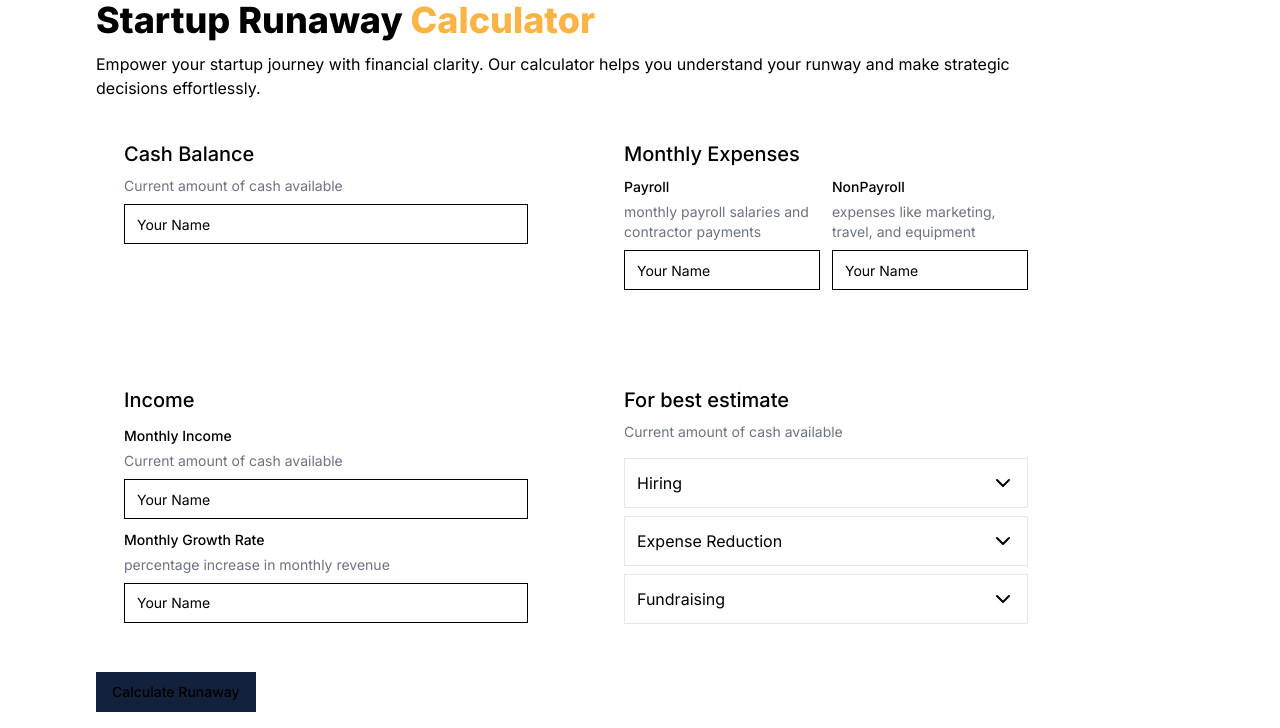
Repository: wossenF/startup-runaway-calculator
Page: /
The author's editor kept a copy of each file at every save. The page is drawn from the files as they stood at one save, then again after the next save.
The browser window is 1280 px wide. The pictures show the whole page.
The project was rebuilt for these pictures with package versions that can differ from the ones it lists, and the page was loaded fresh each time. The framework's server and built-in components were replaced by stand-ins that run in the browser. Also part of the build but not shown: next.config.mjs.

Above is the page before, as saved 2024-04-08 13:51:22.

After the next save:
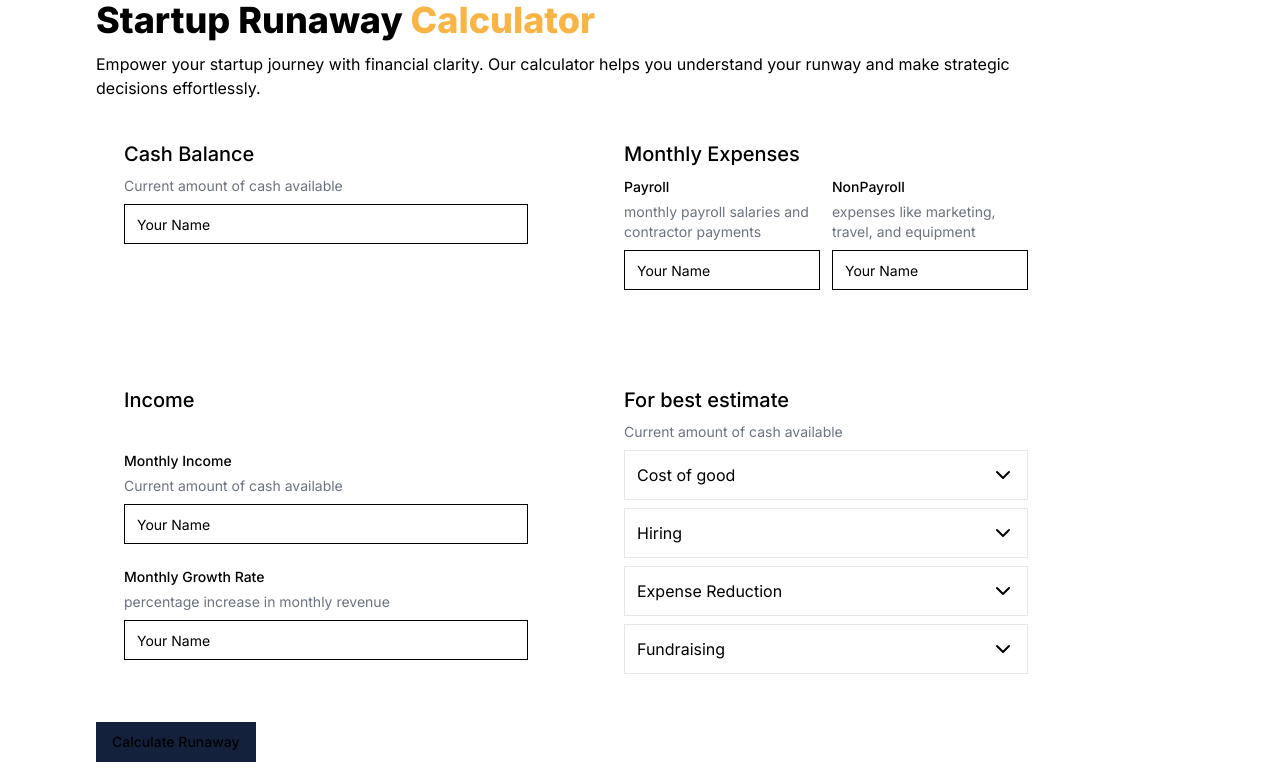
Saved 12 s later.
--- a/src/components/UserInput.tsx
+++ b/src/components/UserInput.tsx
@@ -71,7 +71,12 @@ const UserInput = () => {
           <p className="text-gray-500 text-sm ">
             Current amount of cash available
           </p>
-          <div ></div>
+          <div className="p-3 gap-20 border rounded-md  ">
+            <div className="flex justify-between ">
+              <p>Cost of good </p>
+              <ChevronDown />
+            </div>
+          </div>
           <div className="flex justify-between p-3 gap-20 border rounded-md  ">
             <p>Hiring</p>
             <ChevronDown />
